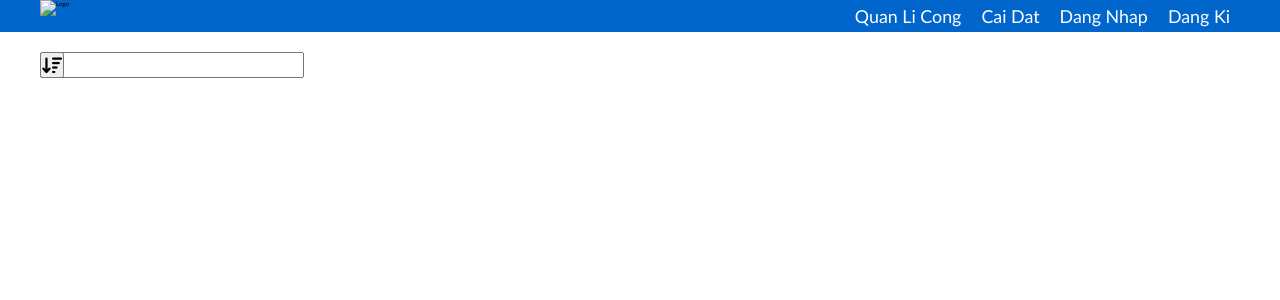
Repository: LDDUNG2003/a
Page: index.html
These files come from the project's save history. The page is drawn as it stood at one moment and after the next save; the edit follows.
The browser window is 1280 px wide. The pictures show the whole page.
Some web libraries are served in a nearby version.

Above is the page before, as saved 2023-10-12 14:29:24.

After the next save:
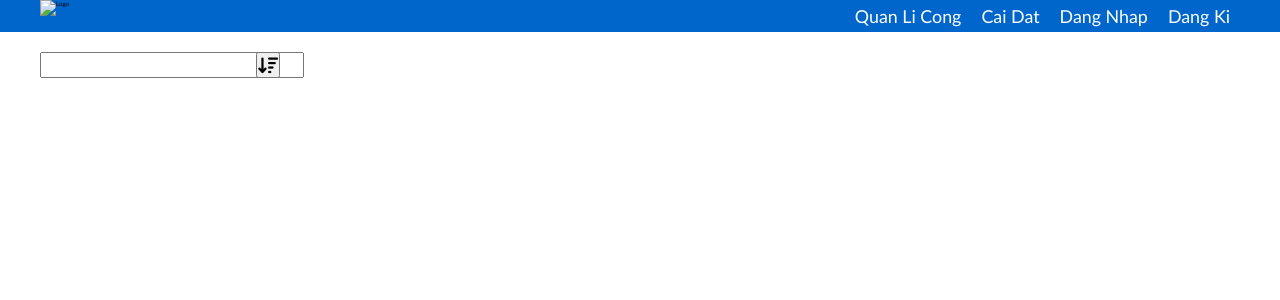
Saved 11 s later.
--- a/controlView/css/index.css
+++ b/controlView/css/index.css
@@ -17,4 +17,5 @@
     font-size: 1.8rem;
     position: absolute;
     top: 0px;
+    right: 0px;
 }
